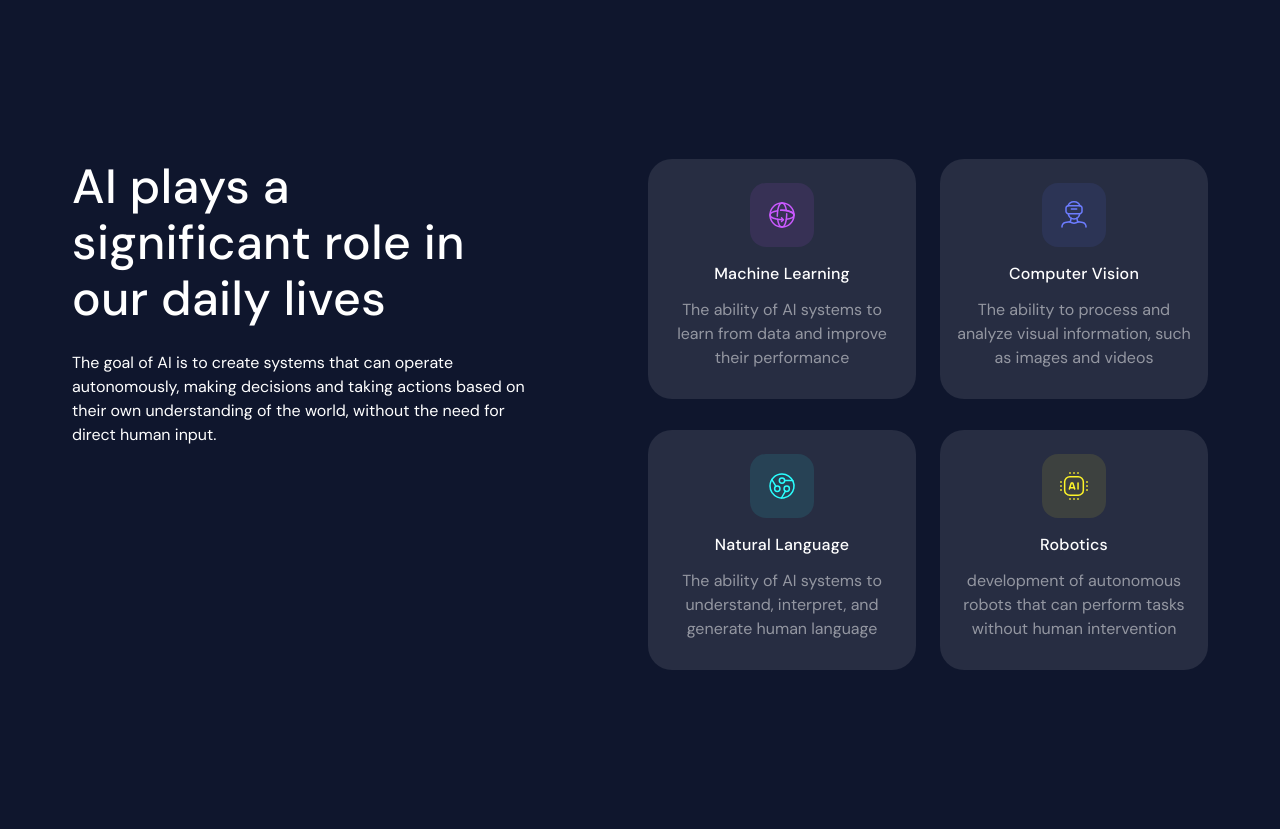
Repository: alphatra/INVO-Academy
Page: / (app in [lvl 1] Sekcja 4 obszarów AI/Starter-code/)
An editor plug-in stored every save of this project. The page is shown before and after the next save, followed by the edit.
The browser window is 1280 px wide. The pictures show the whole page.
The project was rebuilt for these pictures with package versions that can differ from the ones it lists, and the page was loaded fresh each time.

Above is the page before, as saved 2023-03-24 17:41:11.

After the next save:
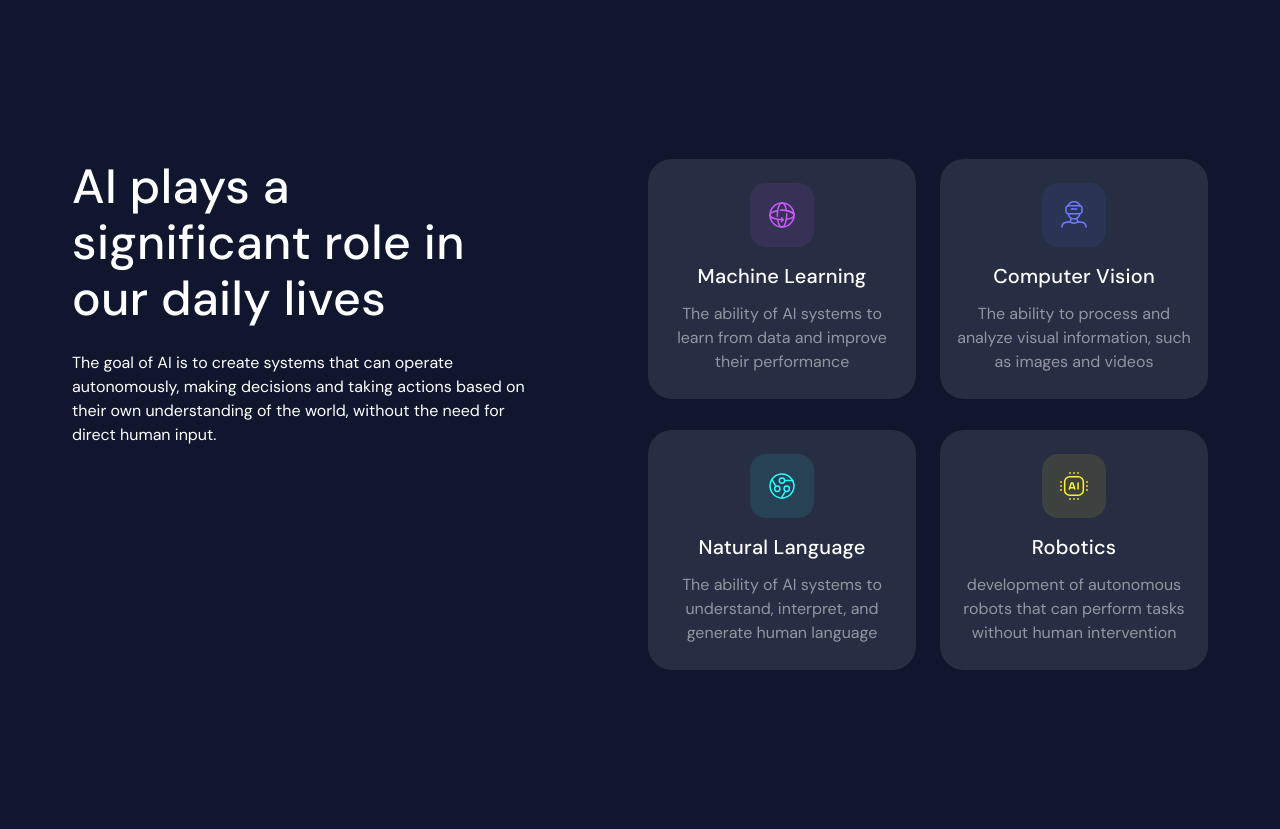
Saved 48 s later.
--- a/[lvl 1] Sekcja 4 obszarów AI/Starter-code/src/pages/home-page/styles/home-page.scss
+++ b/[lvl 1] Sekcja 4 obszarów AI/Starter-code/src/pages/home-page/styles/home-page.scss
@@ -97,7 +97,7 @@ h1,p,span {
         }
 
         &-title {
-            font-size: var(category-title-size);
+            font-size: var(--category-title-size);
             font-weight: var(--font-weight-main);
             letter-spacing: 0.2px;
 
